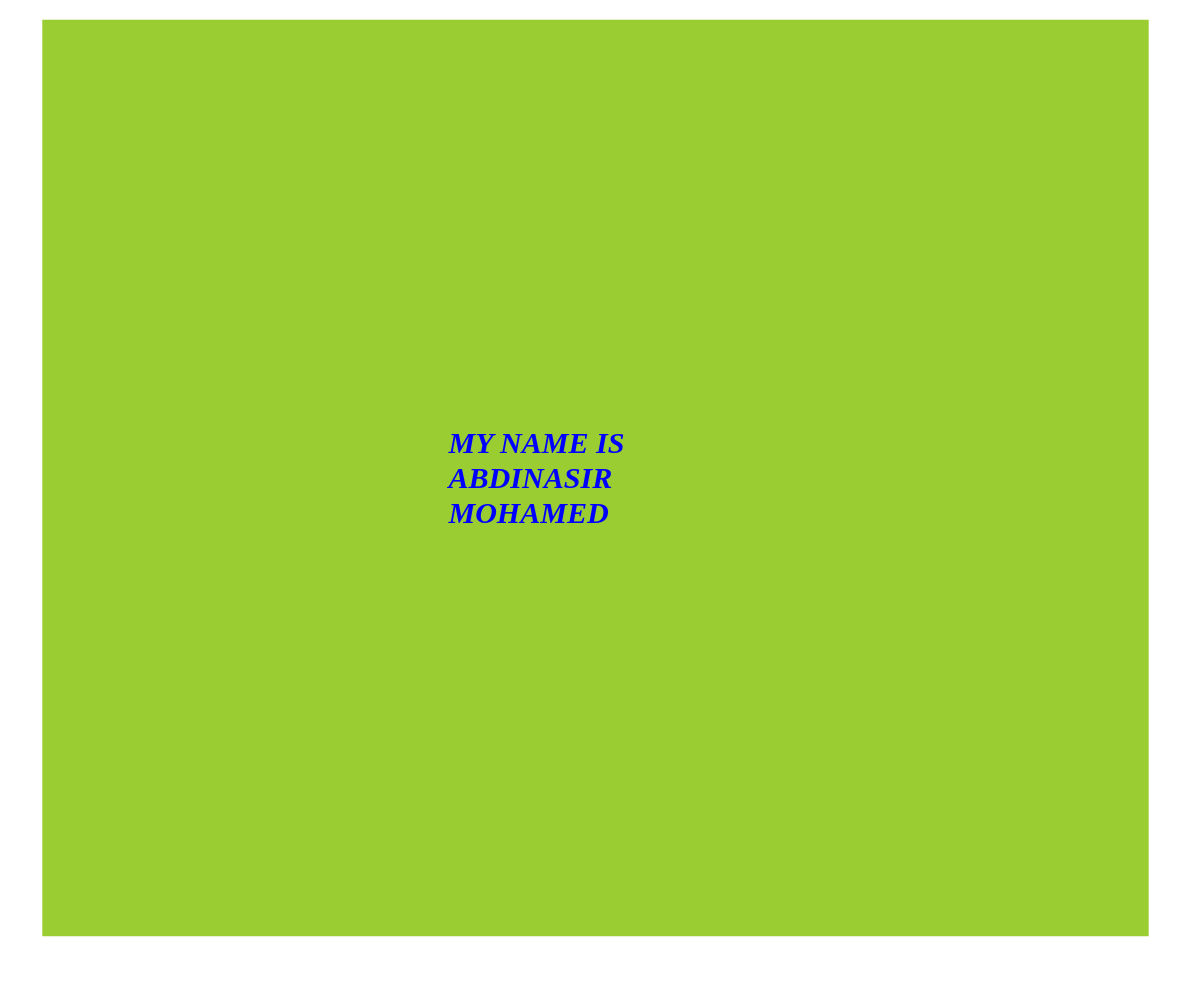
Repository: mrjayajay/week-1-code-challenges
Page: practice/css/inde.html
An editor plug-in stored every save of this project. The page is shown before and after the next save, followed by the edit.
The browser window is 1280 px wide. The pictures show the whole page, at 94% of full size.

Above is the page before, as saved 2024-03-15 11:23:04.

### practice/css/inde.html
<!DOCTYPE html>
<html lang="en">
<head>
    <meta charset="UTF-8">
    <meta name="viewport" content="width=device-width, initial-scale=1.0">
    <title>Mr Practice</title>
    <link rel="stylesheet" href="style.css">
</head>
<body>
     <h1>MY NAME IS ABDINASIR MOHAMED</h1>

</body>
</html>

### practice/css/style.css
h1{
    color:blue;
    font-style: italic;
    font-family:'Times New Roman', Times, serif;
    background-color:yellowgreen;
    margin-top: 45pxpx;
    margin-bottom:50px;
    margin-left: 37px;
    margin-right:50px;
    padding: 60vh;
}

After the next save:
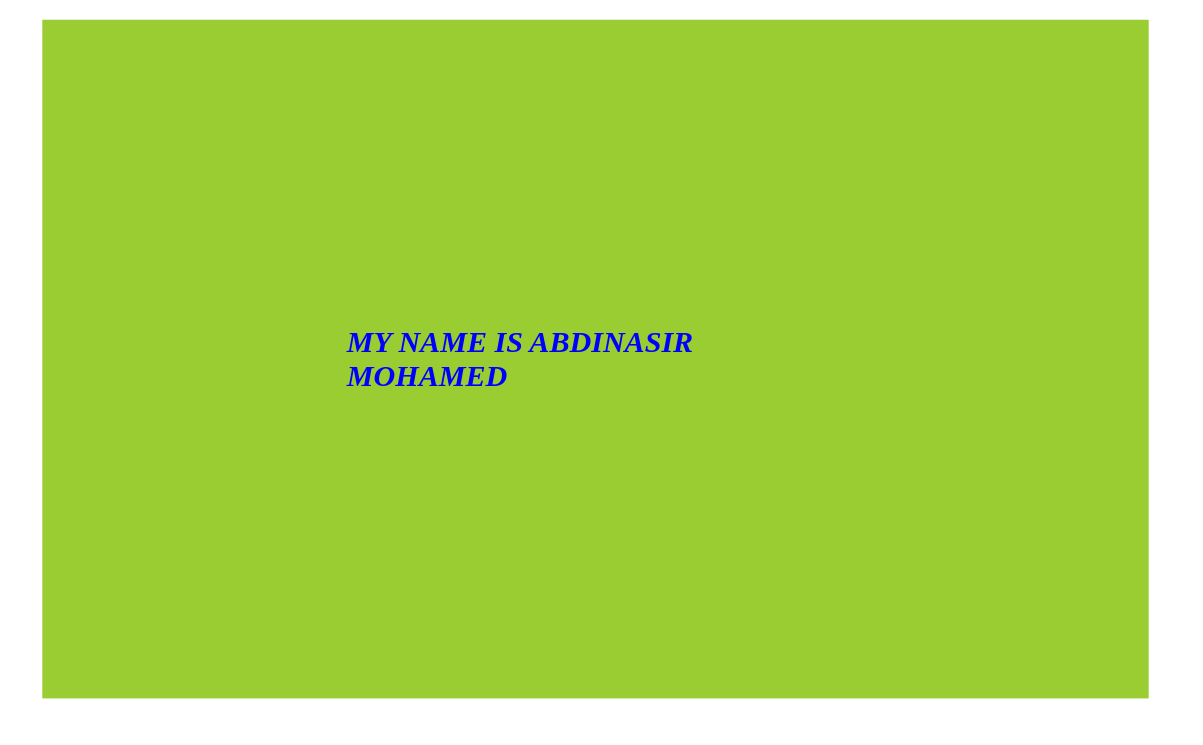
Saved 76 s later.
--- a/practice/css/style.css
+++ b/practice/css/style.css
@@ -7,5 +7,5 @@
     margin-bottom:50px;
     margin-left: 37px;
     margin-right:50px;
-    padding: 60vh;
+    padding: 45vh;
 }
